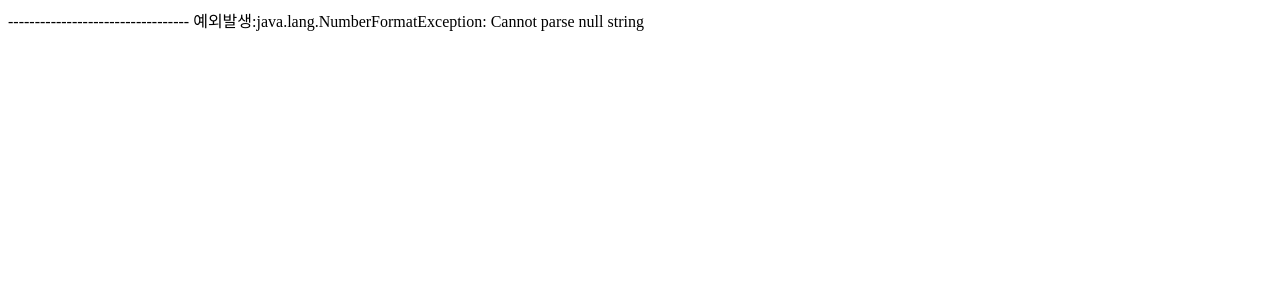
Repository: taein0714/jsp202408
Page: http://localhost/Proj0822/myErr500.jsp
These files come from the project's save history. The page is drawn as it stood at one moment and after a run of saves; the edit follows.
The browser window is 1280 px wide. The pictures show the whole page.
The page is served by Tomcat 9.

Above is the page before, as saved 2024-08-22 02:13:54.

After the next 2 saves:
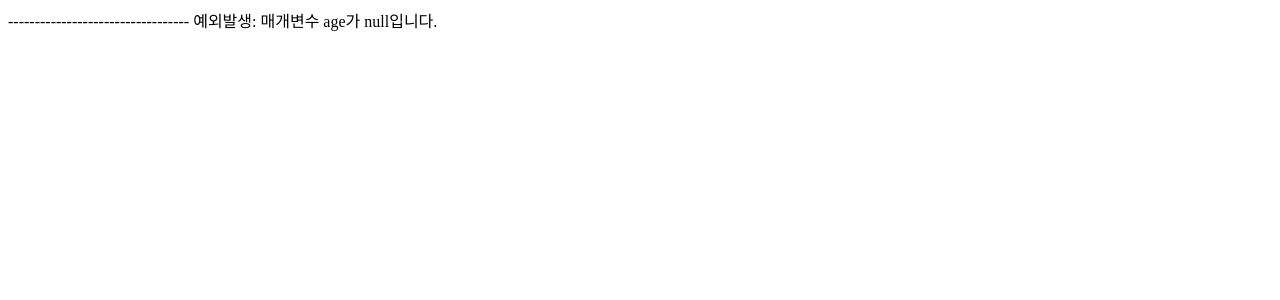
The 2 saves are shown as one change because 1 did not build or start.
The last was saved 73 s later.
--- a/ex0822/Proj0822/src/main/webapp/myErr500.jsp
+++ b/ex0822/Proj0822/src/main/webapp/myErr500.jsp
@@ -13,7 +13,7 @@
         int myAge = Integer.parseInt(request.getParameter("age")) + 10;
         out.println("10년 후 당신의 나이는: " + myAge + "입니다.");
 	} catch (Exception e) {
-		out.println("예외발생:" + e);
+		out.println("예외발생: 매개변수 age가 null입니다.");
 	}
 %>
 </body>
